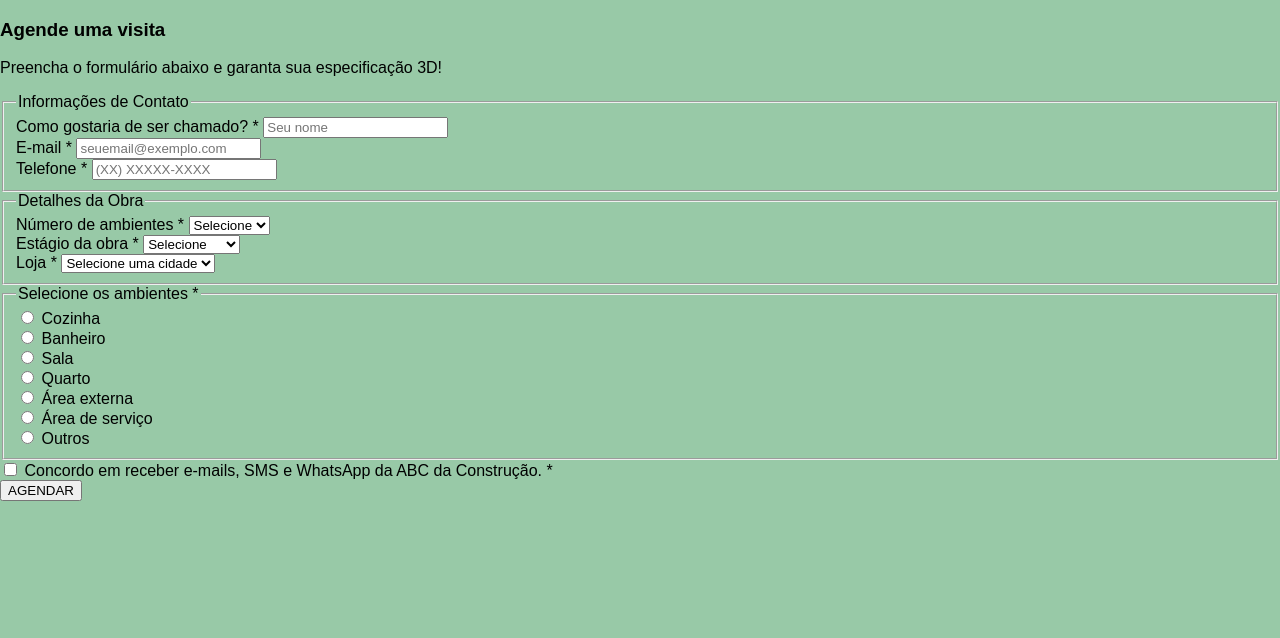
Repository: douglasabnovato/model-lp
Page: index5.html
An editor plug-in stored every save of this project. The page is shown before and after the next save, followed by the edit.
The browser window is 1280 px wide. The pictures show the whole page.

Above is the page before, as saved 2025-03-07 14:55:54.

### index5.html
<!DOCTYPE html>
<html lang="en">
  <head>
    <meta charset="UTF-8" />
    <meta name="viewport" content="width=device-width, initial-scale=1.0" />
    <title>Formulário</title>
    <link rel="stylesheet" href="style.css">
  </head>
  <body>
    <section class="abc-formulario">
      <div class="formulario">
        <h3>Agende uma visita</h3>
        <div class="linha-divisoria"></div>
        <p class="descricao">
          Preencha o formulário abaixo e garanta sua especificação 3D!
        </p>
        <form class="form" action="" method="post" id="formAgendamento">
          <fieldset class="grupo-campos">
            <legend>Informações de Contato</legend>
            <div class="campo">
              <label for="nome"
                >Como gostaria de ser chamado?
                <span class="obrigatorio">*</span></label
              >
              <input
                type="text"
                id="nome"
                name="nome"
                placeholder="Seu nome"
                required
              />
            </div>
            <div class="campo">
              <label for="email"
                >E-mail <span class="obrigatorio">*</span></label
              >
              <input
                type="email"
                id="email"
                name="email"
                placeholder="seuemail@exemplo.com"
                required
              />
            </div>
            <div class="campo">
              <label for="telefone"
                >Telefone <span class="obrigatorio">*</span></label
              >
              <input
                type="tel"
                id="telefone"
                name="telefone"
                placeholder="(XX) XXXXX-XXXX"
                required
              />
            </div>
          </fieldset>
          <fieldset class="grupo-campos">
            <legend>Detalhes da Obra</legend>
            <div class="campo">
              <label for="numAmbiente"
                >Número de ambientes <span class="obrigatorio">*</span></label
              >
              <select id="numAmbiente" name="numAmbiente" required>
                <option value="" disabled selected>Selecione</option>
                <option value="1">1</option>
                <option value="2">2</option>
                <option value="3">3</option>
              </select>
            </div>
            <div class="campo">
              <label for="estadoObra"
                >Estágio da obra <span class="obrigatorio">*</span></label
              >
              <select id="estadoObra" name="estadoObra" required>
                <option value="" disabled selected>Selecione</option>
                <option value="Fundacao">Fundação</option>
                <option value="Alvenaria">Alvenaria</option>
                <option value="Acabamento">Acabamento</option>
              </select>
            </div>
            <div class="campo">
              <label for="cidade"
                >Loja <span class="obrigatorio">*</span></label
              >
              <select id="cidade" name="cidade" required>
                <option value="" disabled selected>Selecione uma cidade</option>
                <option value="Acre">Acre</option>
                <option value="Alagoas">Alagoas</option>
                <option value="Amapá">Amapá</option>
                <option value="Amazonas">Amazonas</option>
                <option value="Bahia">Bahia</option>
              </select>
            </div>
          </fieldset>
          <fieldset class="grupo-campos">
            <legend>
              Selecione os ambientes <span class="obrigatorio">*</span>
            </legend>
            <div class="ambientes">
              <div class="ambiente">
                <input
                  type="radio"
                  id="cozinha"
                  name="ambiente"
                  value="Cozinha"
                  required
                />
                <label for="cozinha">Cozinha</label>
              </div>
              <div class="ambiente">
                <input
                  type="radio"
                  id="banheiro"
                  name="ambiente"
                  value="Banheiro"
                  required
                />
                <label for="banheiro">Banheiro</label>
              </div>
              <div class="ambiente">
                <input
                  type="radio"
                  id="sala"
                  name="ambiente"
                  value="Sala"
                  required
                />
                <label for="sala">Sala</label>
              </div>
              <div class="ambiente">
                <input
                  type="radio"
                  id="quarto"
                  name="ambiente"
                  value="Quarto"
                  required
                />
                <label for="quarto">Quarto</label>
              </div>
              <div class="ambiente">
                <input
                  type="radio"
                  id="areaExterna"
                  name="ambiente"
                  value="Area externa"
                  required
                />
                <label for="areaExterna">Área externa</label>
              </div>
              <div class="ambiente">
                <input
                  type="radio"
                  id="areaServico"
                  name="ambiente"
                  value="Area de serviço"
                  required
                />
                <label for="areaServico">Área de serviço</label>
              </div>
              <div class="ambiente">
                <input
                  type="radio"
                  id="outros"
                  name="ambiente"
                  value="Outros"
                  required
                />
                <label for="outros">Outros</label>
              </div>
            </div>
          </fieldset>
          <div class="consentimento">
            <label>
              <input
                type="checkbox"
                name="subscribe"
                value="newsletter"
                required
              />
              Concordo em receber e-mails, SMS e WhatsApp da ABC da Construção.
              <span class="obrigatorio">*</span>
            </label>
          </div>
          <button type="submit" class="botao-enviar">AGENDAR</button>
        </form>
      </div>
    </section>
  </body>
</html>

### style.css
/* Estilos base para mobile */
body {
  font-family: Arial, sans-serif;
  margin: 0;
  background-color: #65691c77;
}

h2 {
  color: white;
  font-size: clamp(2rem, 5vw, 3rem);
}

header,
main,
footer {
  padding: 20px;
}

header {
  background-color: #5b0a8777;
}

main {
  background-color: #157bc077;
}

.banner {
  width: 100%;
  height: auto;
}

.flex-container {
  display: flex;
  flex-wrap: wrap;
  gap: 20px;
}

.flex-item {
  flex: 1 1 200px;
  box-sizing: border-box;
  padding: 20px;
  background-color: #ccc;
}

.grid-container {
  display: grid;
  grid-template-areas:
    "header header"
    "menu content"
    "footer footer";
  grid-gap: 10px;
}

.grid-item {
  background-color: #ccc;
  padding: 20px;
}

.grid-item:nth-child(1) {
  grid-area: header;
}

.grid-item:nth-child(2) {
  grid-area: menu;
}

.grid-item:nth-child(3) {
  grid-area: content;
}

.grid-item:nth-child(4) {
  grid-area: footer;
}

.imgResponsive {
  margin: 0;
  padding: 0;
}

img {
  width: 100%;
  height: auto;
}

footer {
  background-color: #b81b9377;
}

/* Media Query para telas maiores */
@media (min-width: 768px) {
  body {
    background-color: #238d4377;
  }

  header,
  main,
  footer {
    width: 100%;
    max-width: 1200px;
    margin: 0 auto;
  }
}

.container-flex-mae-1 {
  display: flex;
  flex-wrap: wrap;
  justify-content: space-between;

  /* Permite que as divs filhas "quebrem" para a próxima linha em telas menores */
  /* Espaça as divs uniformemente */
}

.filha-1 {
  flex: 1 1 30%;
  box-sizing: border-box;
  margin: 10px;
  padding: 20px;
  background-color: #f0f0f0;

  /* Cresce, encolhe e ocupa inicialmente 30% do espaço */
  /* Inclui padding e border no total da largura e altura */
}

.filha-1 img {
  width: 100%;
  height: auto;
}

.filha-1 h2 {
  font-size: 1.5em;
  margin-top: 10px;
}

.filha-1 p {
  font-size: 1em;
  color: #666;
}

@media (max-width: 768px) {
  .filha-1 {
    flex-basis: 100%; /* Em telas menores, cada div filha ocupa 100% da largura */
  }
}

.container-flex-mae-2 {
  display: grid;
  grid-template-columns: repeat(auto-fit, minmax(250px, 1fr));
  grid-gap: 20px;
}

.filha-2 {
  background-color: #f9f9f9;
  padding: 2rem;
  box-sizing: border-box;
}

.filha-2 h2 {
  font-size: clamp(1.2rem, 2.5vw, 2rem);
  transition: transform 0.3s;
}

.filha-2:hover {
  transform: scale(1.05);
}

### style5.css
/* variaveis.css */
:root {
  --green-claro: #d2dc3d;
  --green-300: #87c34a;
  --cinzaclaro: #d6dadb;
  --cinza300: #838588;
  --branco: #ffffff;
  --branco300: #f8f8f8;
  --preto: #333;
  --preto300: #000000c8;
  --azul: #0d6a90;
  --vermelho: #e3062d;
  --verde-hover: #20a389;
  --fonte-principal: "Montserrat", sans-serif;
  --espacamento-padrao: 1rem;
  --borda-padrao: 1px solid var(--cinzaclaro);
  --raio-borda-padrao: 5px;
}

/* reset.css */
* {
  margin: 0;
  padding: 0;
  box-sizing: border-box;
}

/* formulario.css */
.abc-formulario {
  width: 100%; /* Garante que a seção ocupe toda a largura disponível */
}

.formulario {
  max-width: 800px;
  margin: 2rem auto;
  padding: 2rem;
  font-family: var(--fonte-principal);
  background-color: var(--branco);
}

.formulario__titulo {
  font-size: 2.5rem;
  text-align: center;
  color: var(--azul);
  margin-bottom: var(--espacamento-padrao);
}

.formulario__linha-divisoria {
  width: 5rem;
  height: 2px;
  background-color: var(--azul);
  margin: var(--espacamento-padrao) auto;
}

.formulario__descricao {
  font-size: 1.1rem;
  line-height: 1.5;
  text-align: center;
  margin-bottom: 2 * var(--espacamento-padrao); /* Usa variável para espaçamento */
}

/* campos.css */
.form {
  display: flex;
  flex-direction: column;
}

.grupo-campos {
  margin-bottom: 1.5 * var(--espacamento-padrao); /* Usa variável para espaçamento */
  border: none;
  padding: 0;
}

.grupo-campos legend {
  font-size: 1.2rem;
  font-weight: bold;
  margin-bottom: var(--espacamento-padrao);
  color: var(--azul);
}

.campo {
  margin-bottom: var(--espacamento-padrao);
}

label {
  display: block;
  margin-bottom: 0.5 * var(--espacamento-padrao); /* Usa variável para espaçamento */
  color: var(--azul);
  font-size: var(--espacamento-padrao);
}

input[type="text"],
input[type="email"],
input[type="tel"],
select {
  width: 100%;
  padding: 0.7 * var(--espacamento-padrao); /* Usa variável para espaçamento */
  border: var(--borda-padrao);
  border-radius: var(--raio-borda-padrao);
  font-size: var(--espacamento-padrao);
  color: var(--cinza300);
}

/* radios.css */
.ambientes {
  display: flex;
  flex-wrap: wrap;
  gap: var(--espacamento-padrao);
}

.ambiente {
  display: flex;
  align-items: center;
  margin-bottom: 0.5 * var(--espacamento-padrao); /* Usa variável para espaçamento */
}

.ambiente input[type="radio"] {
  margin-right: 0.5 * var(--espacamento-padrao); /* Usa variável para espaçamento */
}

/* checkbox.css */
.consentimento {
  margin-bottom: 1.5 * var(--espacamento-padrao); /* Usa variável para espaçamento */
}

.consentimento label {
  display: flex;
  align-items: center;
}

.consentimento input[type="checkbox"] {
  margin-right: 0.5 * var(--espacamento-padrao); /* Usa variável para espaçamento */
}

/* botao.css */
.botao-enviar {
  background-color: var(--vermelho);
  color: #fff;
  font-weight: 800;
  padding: var(--espacamento-padrao) 2 * var(--espacamento-padrao); /* Usa variável para espaçamento */
  border: none;
  border-radius: var(--raio-borda-padrao);
  cursor: pointer;
  transition: background-color 0.3s ease, box-shadow 0.3s ease;
  font-size: 1.1 * var(--espacamento-padrao); /* Usa variável para espaçamento */
  align-self: center;
}

.botao-enviar:hover {
  background-color: var(--verde-hover);
  box-shadow: 0 0 10px rgba(0, 0, 0, 0.2);
}

/* responsivo.css */
@media (max-width: 768px) {
  .formulario {
    padding: var(--espacamento-padrao);
  }

  .formulario__titulo {
    font-size: 2rem;
  }

  input[type="text"],
  input[type="email"],
  input[type="tel"],
  select {
    font-size: 0.9 * var(--espacamento-padrao); /* Usa variável para espaçamento */
  }

  .botao-enviar {
    font-size: var(--espacamento-padrao);
  }
}

@media (max-width: 480px) {
  .formulario__titulo {
    font-size: 1.8rem;
  }
}

/* obrigatorio.css */
.obrigatorio {
  color: var(--vermelho);
}

After the next save:
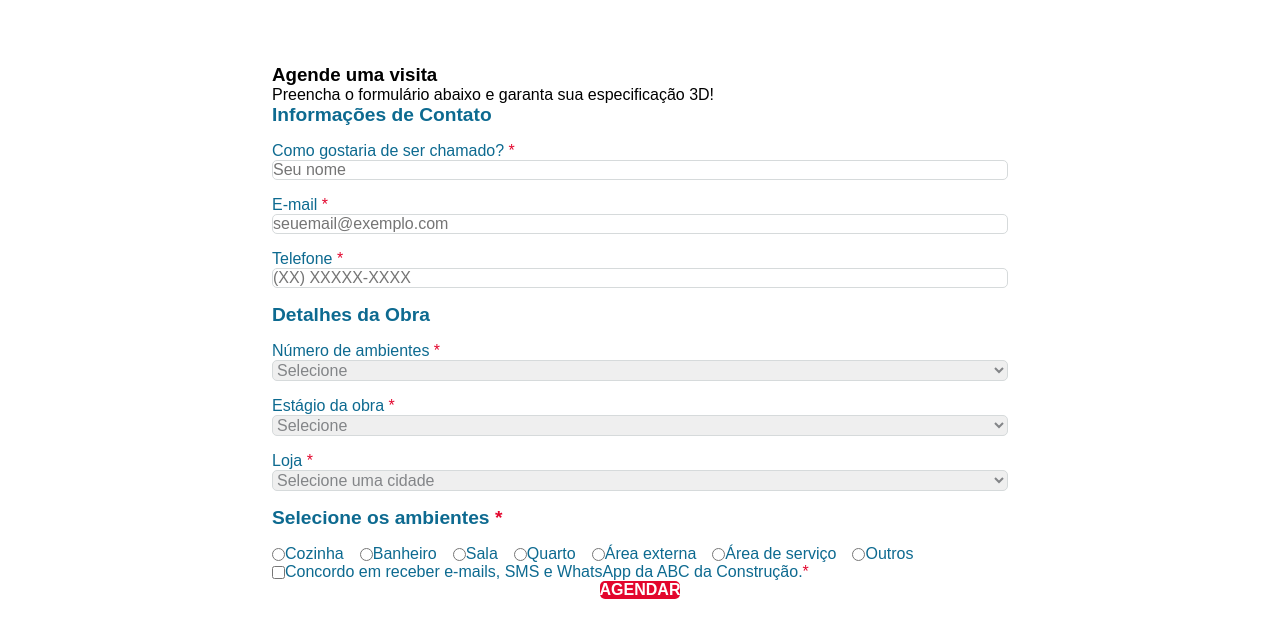
Saved 7 s later.
--- a/index5.html
+++ b/index5.html
@@ -4,7 +4,7 @@
     <meta charset="UTF-8" />
     <meta name="viewport" content="width=device-width, initial-scale=1.0" />
     <title>Formulário</title>
-    <link rel="stylesheet" href="style.css">
+    <link rel="stylesheet" href="./style5.css">
   </head>
   <body>
     <section class="abc-formulario">
